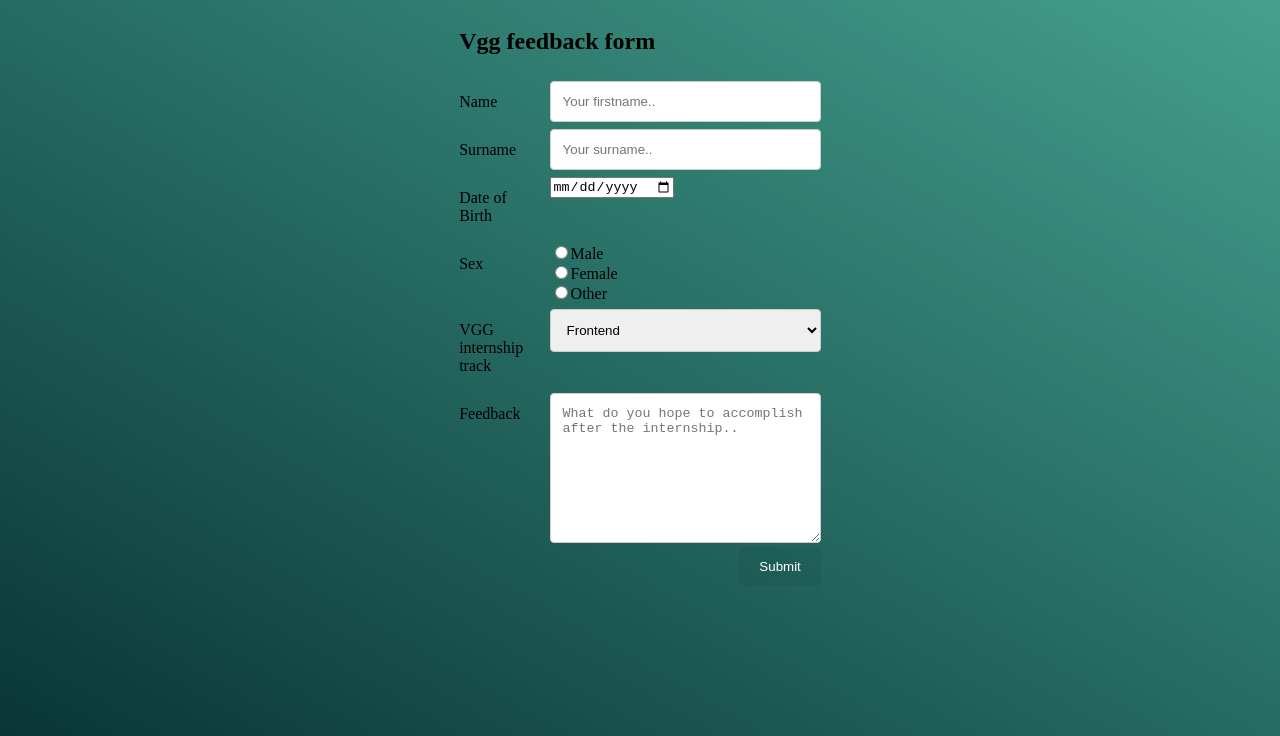
Repository: iphyokafor/VGG-Feedback-form
Page: index2.html
An editor plug-in stored every save of this project. The page is shown before and after the next save, followed by the edit.
The browser window is 1280 px wide. The pictures show the whole page.

Above is the page before, as saved 2020-01-13 00:35:43.

### index2.html
<!DOCTYPE html>
<html lang="en">

<head>
    <meta charset="UTF-8">
    <meta name="viewport" content="width=device-width, initial-scale=1.0">
    <meta http-equiv="X-UA-Compatible" content="ie=edge">
    <title>VGG feedback form</title>
    <link rel="stylesheet" href="./main.css">
</head>

<body>
    <div>
        <form action="action_page.php">
            <h2 class="heading">Vgg feedback form</h2>
            <div class="row">
                <div class="col-25">
                    <label for="name">Name</label>
                </div>
                <div class="col-75">
                    <input type="text" class="txtinput" id="name" name="name" placeholder="Your firstname..">
                </div>
            </div>
            <div class="row">
                <div class="col-25">
                    <label for="surname">Surname</label>
                </div>
                <div class="col-75">
                    <input type="text" class="txtinput" id="surname" name="surname" placeholder="Your surname..">
                </div>
            </div>
            <div class="row">
                <div class="col-25">
                    <label for="dob">Date of Birth</label>
                </div>
                <div class="col-75">
                    <input type="date" id="date" name="date">
                </div>
            </div>
            <div class="row">
                <div class="col-25">
                    <label for="sex">Sex</label>
                </div>
                <div class="col-75">
                    <input type="radio" name="gender">Male<br>
                    <input type="radio" name="gender">Female<br>
                    <input type="radio" name="gender">Other
                </div>
            </div>
            <div class="row">
                <div class="col-25">
                    <label for="VGG internship">VGG internship track</label>
                </div>
                <div class="col-75">
                    <select id="VGG internship" name="VGG">
            <option value="frontend">Frontend</option>
            <option value="backend">Backend</option>
            <option value="ui/ux">UI/UX</option>
            <option value="software">Software Quality Assurance</option>
            <option value="devops">DevOps</option>
          </select>
                </div>
            </div>
            <div class="row">
                <div class="col-25">
                    <label for="feedback">Feedback</label>
                </div>
                <div class="col-75">
                    <textarea id="feedback" name="feedback" placeholder="What do you hope to accomplish after the internship.." style="height:150px"></textarea>
                </div>
            </div>
            <div class="row">
                <input type="submit" class="btn" value="Submit">
            </div>
        </form>
    </div>

</body>

</html>

### main.css
/* Style inputs, select elements and textareas */

body {
    display: flex;
    justify-content: center;
    flex-wrap: wrap;
    background: linear-gradient(to right top, #093637, #44A08D);
    background-repeat: no-repeat;
    height: 100vh;
}

.txtinput,
select,
textarea {
    width: 100%;
    padding: 12px;
    border: 1px solid #ccc;
    border-radius: 4px;
    box-sizing: border-box;
    resize: vertical;
}


/* Style the label to display next to the inputs */

label {
    padding: 12px 12px 12px 0;
    display: inline-block;
}


/* Style the submit button */

.btn {
    background-color: rgba(6, 51, 42, 0.1);
    color: white;
    padding: 12px 20px;
    border: none;
    border-radius: 4px;
    cursor: pointer;
    float: right;
    transition: all 1s;
}

.btn:hover {
    transform: scale(1.1);
}


/* Style the container */

.container {
    border-radius: 5px;
    background-color: #f2f2f2;
    padding: 20px;
}


/* Floating column for labels: 25% width */

.col-25 {
    float: left;
    width: 25%;
    margin-top: 6px;
}


/* Floating column for inputs: 75% width */

.col-75 {
    float: left;
    width: 75%;
    margin-top: 6px;
}


/* Clear floats after the columns */

.row:after {
    content: "";
    display: table;
    clear: both;
}


/* Responsive layout - when the screen is less than 600px wide, make the two columns stack on top of each other instead of next to each other */

@media screen and (max-width: 600px) {
    .col-25,
    .col-75,
    input[type=submit] {
        width: 100%;
        margin-top: 0;
    }
}

After the next save:
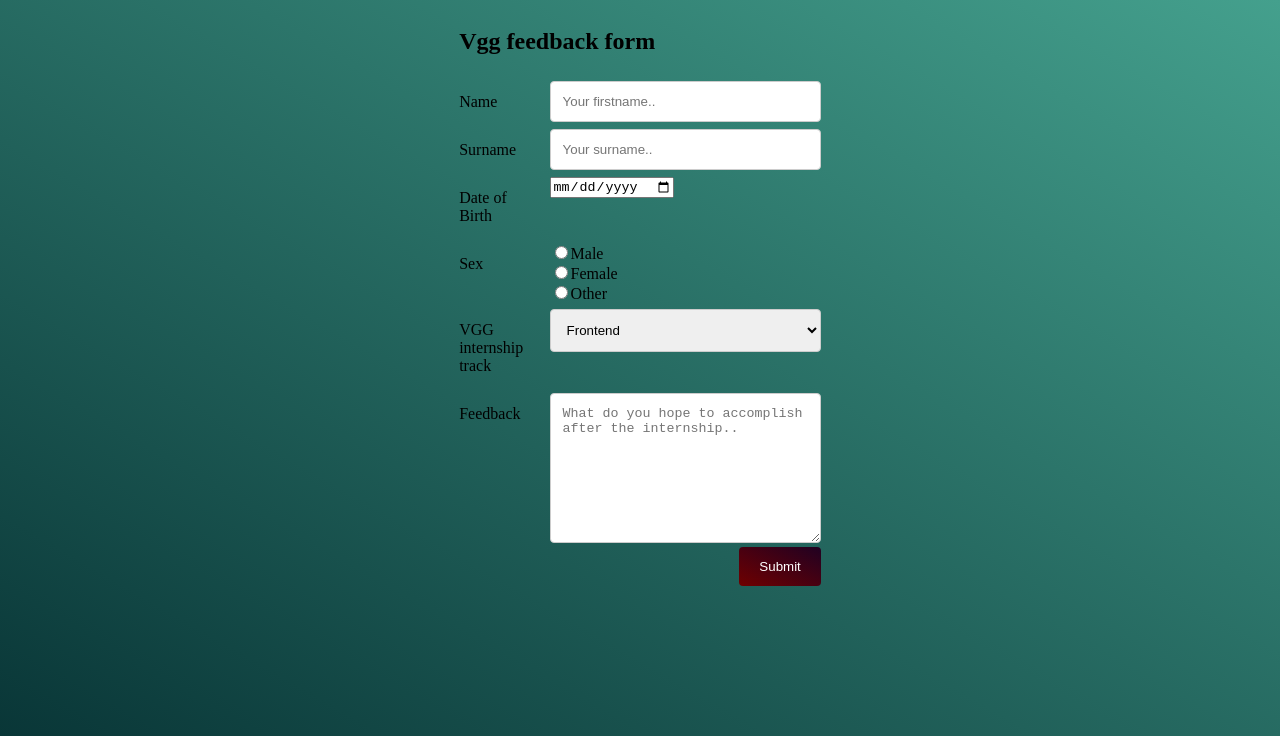
Saved 78 s later.
--- a/main.css
+++ b/main.css
@@ -32,7 +32,7 @@ label {
 /* Style the submit button */
 
 .btn {
-    background-color: rgba(6, 51, 42, 0.1);
+    background: linear-gradient(to right top, #6f0000, #200122);
     color: white;
     padding: 12px 20px;
     border: none;
